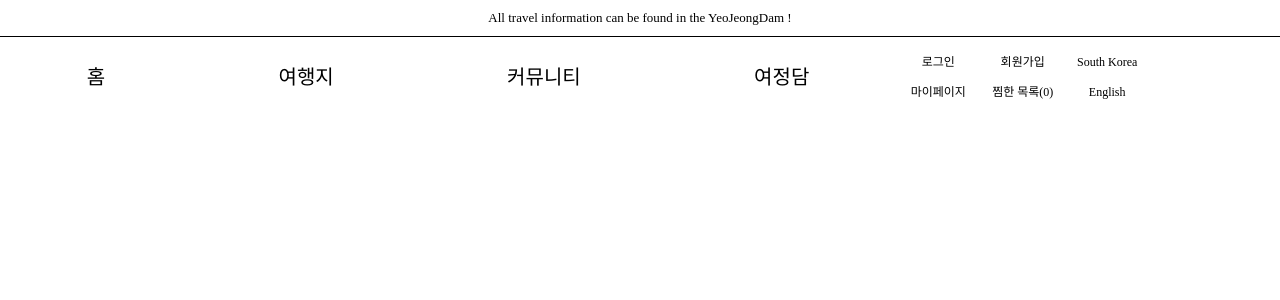
Repository: gaeunlee95/semi
Page: http://localhost/semi/main.jsp
The author's editor kept a copy of each file at every save. The page is drawn from the files as they stood at one save, then again after the next save.
The browser window is 1280 px wide. The pictures show the whole page.
The page is served by Tomcat 9.

Above is the page before, as saved 2023-12-06 17:32:26.

### semi/src/main/webapp/main.jsp
<%@ page language="java" contentType="text/html; charset=UTF-8"
    pageEncoding="UTF-8"%>
<!DOCTYPE html>
<html>
<head>
<meta charset="UTF-8">
<title>메인 페이지</title>
<link rel="stylesheet" href="resources/css/style.css">
<style>
/* *{
	color: blue;
} */
</style>
</head>
<body>
	<jsp:include page="header.jsp" />
</body>
</html>

### semi/src/main/webapp/header.jsp
<%@ page language="java" contentType="text/html; charset=UTF-8"
    pageEncoding="UTF-8"%>
<%@ taglib uri="http://java.sun.com/jsp/jstl/core" prefix="c" %>
<header>
	<div id = "header">
		<div id="welcome">
			<p>All travel information can be found in the YeoJeongDam !</p>
		</div>
		<nav>
		<div id="menu">
			<div id="mainMenu">
				<ul>
					<li><a href="#">홈</a></li>
					<li><a href="#">여행지</a></li>
					<li><a href="#">커뮤니티</a></li>
					<li><a href="#">여정담</a></li>
				</ul>
			</div>
			<div id="sideMenu">
				<ul id="sideMenu_1">
					<li><a href="#">로그인</a></li>
					<li><a href="#">회원가입</a></li>
					<li><a href="#">South Korea</a></li>
				</ul>
				<ul id="sideMenu_2">
					<li><a href="#">마이페이지</a></li>
					<li><a href="#">찜한 목록(0)</a></li>
					<li><a href="#">English</a></li> <!-- 스크롤로 언어(영어/한국) 선택 -->
				</ul>
			</div>
		</div>
		</nav>
	</div>





  <%-- <nav>
  <c:choose>
    <c:when test="${empty sessionId}">
	    <ul id="topMenu">
	  	  <li><a href="/loginform.do">로그인</a></li>
	  	  <li><a href="/joinform.do">회원가입</a></li>
	  	  <li><a href="/boardlist.do">게시판</a></li>
	  	  <li><a href="/memberlist.do">회원목록</a></li>
	  	</ul>
    </c:when>
    <c:otherwise>
    	<ul id="topMenu">
	  	  <li><a href="/logout.do">(${sessionId}님)로그아웃</a></li>
	  	  <li><a href="/memberview.do?id=${sessionId}">나의 정보</a></li>
	  	  <li><a href="/boardlist.do">게시판</a></li>
	  	  <li><a href="/memberlist.do">회원 목록</a></li>
	  	</ul>
    </c:otherwise>
   </c:choose>
  </nav> --%>
</header>

### semi/src/main/webapp/resources/css/style.css
@charset "UTF-8";
/* 공통 스타일 */
*{margin: 0; padding: 0;}
#container{width: 1024px; margin: 30px auto 100px;}
ul li{list-style: none;}
a{text-decoration: none; color: black;}

/* header 스타일 */
header{
	/*width : 1024px;*/
	width: 100%;
	margin : 0 auto;
}
header #welcome{
	text-align: center;
	border-bottom: 1px solid black;
}
header #welcome p{
	padding: 10px 0;
	font-size: 13px;
}
header #menu{
	width: 100%;
}
header nav div{	/*각 mainMenu, sideMenu div에 float를 주어 가로정렬*/ /*nav에 float 주면 가로정렬 되지 않음*/
	float: left;
}
header #mainMenu{
	/*width: 700px;*/
	width: 70%;
	line-height: 80px;
}
header #mainMenu ul{
	display: flex;
	justify-content: space-around;
}
header #mainMenu li{
	font-size: 20px;
	color: black;
}
header #sideMenu{
	/*width: 324px;*/
	width: 20%;
}
header #sideMenu_1 li a{
	padding-top: 10px;
}
header #sideMenu ul{
	line-height: 30px;
	display: flex;
}
header #sideMenu li{
	font-size: 12px;
	width: 33%;
}
header #sideMenu li a{
	display:flex;
	justify-content: center;
}
header #sideMenu #sideMenu_1 a{
	padding-top: 10px;
}
header #sideMenu #sideMenu_2 a{
	padding-bottom: 10px;
}

/* mainMenu의 경우, li 사이에 동일한 간격을 주기위해 padding 사용 */
/* sideMenu의 경우, padding으로 간격을 줄 시 아래위 li의 위치가 달라짐. 이에 li에 width와 flex요소를 주어 가운데 정렬 시킴 */

/* 구현 1 */
/* 헤더의 width 1024px에서 줄어들 경우, 각 li 사이의 거리 가까워짐*/

/* 구현 2 */
/* mainMenu의 각 li에 마우스 올릴 시, 전체 하위 카테고리 나옴 + 헤더부분의 배경색 변경됨 */
/* mainMenu의 각 li에 마우스 올릴 시, li에 italic, 밑줄표시 */
/* 하단 카테고리 선택 시, 연한 색상 -> 진한 색상으로 변경, italic, 밑줄표시*/

After the next save:
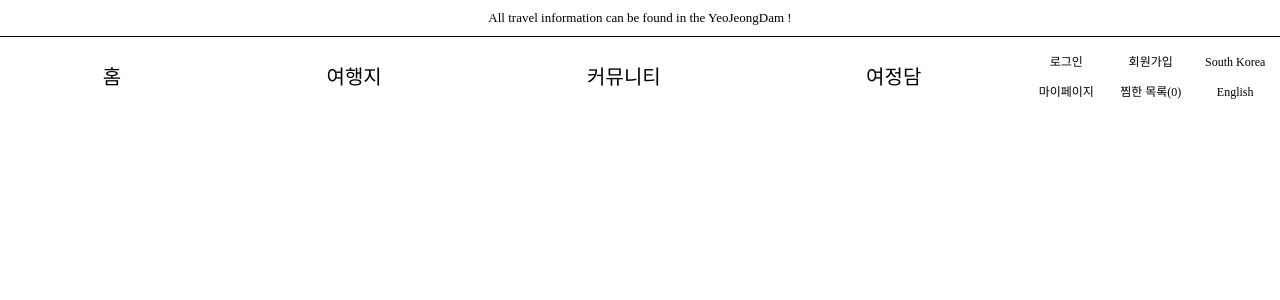
Saved 47 s later.
--- a/semi/src/main/webapp/resources/css/style.css
+++ b/semi/src/main/webapp/resources/css/style.css
@@ -27,7 +27,7 @@ header nav div{	/*각 mainMenu, sideMenu div에 float를 주어 가로정렬*/ /
 }
 header #mainMenu{
 	/*width: 700px;*/
-	width: 70%;
+	width: 80%;
 	line-height: 80px;
 }
 header #mainMenu ul{
